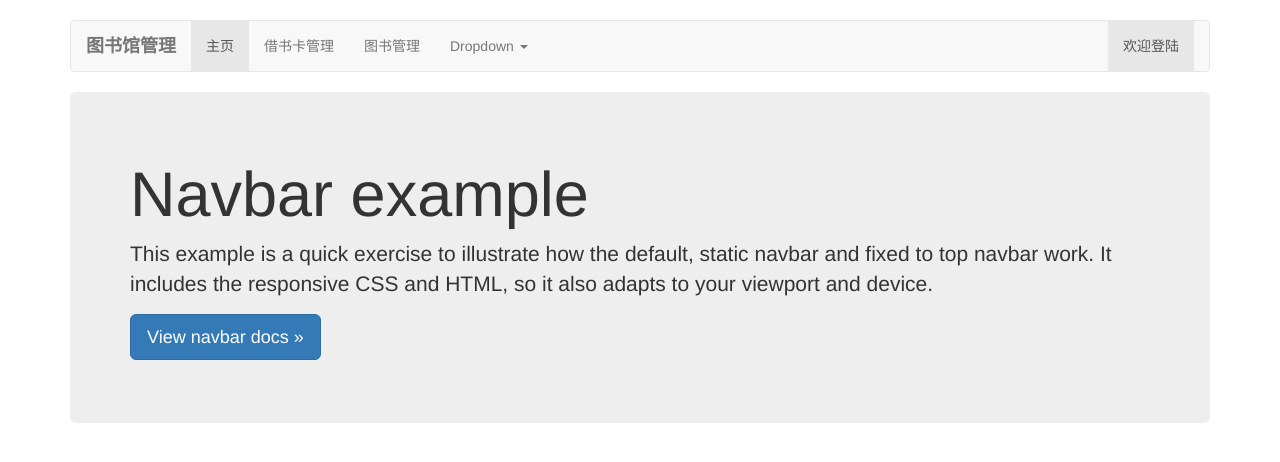
Repository: chaice/code
Page: http://localhost/web6/home
The author's editor kept a copy of each file at every save. The page is drawn from the files as they stood at one save, then again after the next save.
The browser window is 1280 px wide. The pictures show the whole page.
Some web libraries are served in a nearby version. The page is served by Tomcat 9. The session is filled in as if someone had signed in: {"username": "testuser"}. Other server files are loaded and not shown.

Above is the page before, as saved 2016-06-01 10:02:25.

### web6/WebContent/WEB-INF/views/home.jsp
<%@ page language="java" contentType="text/html; charset=UTF-8"
	pageEncoding="UTF-8"%>
<!DOCTYPE html>
<html>
<head>
<meta charset="UTF-8">
<title>主页</title>
<%@ include file="head.jsp"%>
<div class="jumbotron">
        <h1>Navbar example</h1>
        <p>This example is a quick exercise to illustrate how the default, static navbar and fixed to top navbar work. It includes the responsive CSS and HTML, so it also adapts to your viewport and device.</p>
        <p>
          <a class="btn btn-lg btn-primary" href="../../components/#navbar" role="button">View navbar docs &raquo;</a>
        </p>
      </div>
</div>
<script src="//cdn.bootcss.com/jquery/1.11.3/jquery.min.js"></script>
<script src="//cdn.bootcss.com/bootstrap/3.3.5/js/bootstrap.min.js"></script>
<script>
$(".nav>li:nth-child(1)").addClass("active");
</script>
</body>
</html>

### web6/WebContent/WEB-INF/views/head.jsp
<%@ page language="java" contentType="text/html; charset=UTF-8"
	pageEncoding="UTF-8"%>
<link href="//cdn.bootcss.com/bootstrap/3.3.5/css/bootstrap.min.css"
	rel="stylesheet">
<style>
body {
	padding-top: 20px;
	padding-bottom: 20px;
}

.navbar {
	margin-bottom: 20px;
}
</style>
</head>
<body>
	<%
		String name = (String) session.getAttribute("username");
		if (name == null) {
			response.sendRedirect("/login");
		}
	%>
	<div class="container">
		<nav class="navbar navbar-default">
			<div class="container-fluid">
				<div class="navbar-header">
					<a class="navbar-brand"><strong>图书馆管理</strong></a>
				</div>
				<div id="navbar" class="navbar-collapse collapse">
					<ul class="nav navbar-nav">
						<li><a href="/home">主页</a></li>
						<li><a href="/card_list">借书卡管理</a></li>
						<li><a href="/book_list">图书管理</a></li>
						<li class="dropdown"><a href="#" class="dropdown-toggle"
							data-toggle="dropdown" role="button" aria-haspopup="true"
							aria-expanded="false">Dropdown <span class="caret"></span></a>
							<ul class="dropdown-menu">
								<li><a href="#">Action</a></li>
								<li><a href="#">Another action</a></li>
								<li><a href="#">Something else here</a></li>
								<li role="separator" class="divider"></li>
								<li class="dropdown-header">Nav header</li>
								<li><a href="#">Separated link</a></li>
								<li><a href="#">One more separated link</a></li>
							</ul></li>
					</ul>
					<ol class="nav navbar-nav navbar-right">
						<li><a>欢迎登陆</a></li>
					</ol>
				</div>
			</div>
		</nav>

### web6/src/com/ccit/mservlet/Home.java
package com.ccit.mservlet;

import java.io.IOException;
import javax.servlet.ServletException;
import javax.servlet.http.HttpServlet;
import javax.servlet.http.HttpServletRequest;
import javax.servlet.http.HttpServletResponse;

public class Home extends HttpServlet {
	private static final long serialVersionUID = 1L;
    public Home() {
        super();
    }
	protected void doGet(HttpServletRequest request, HttpServletResponse response) throws ServletException, IOException {
		request.getRequestDispatcher("/WEB-INF/views/home.jsp").forward(request, response);
	}
}

After the next save:
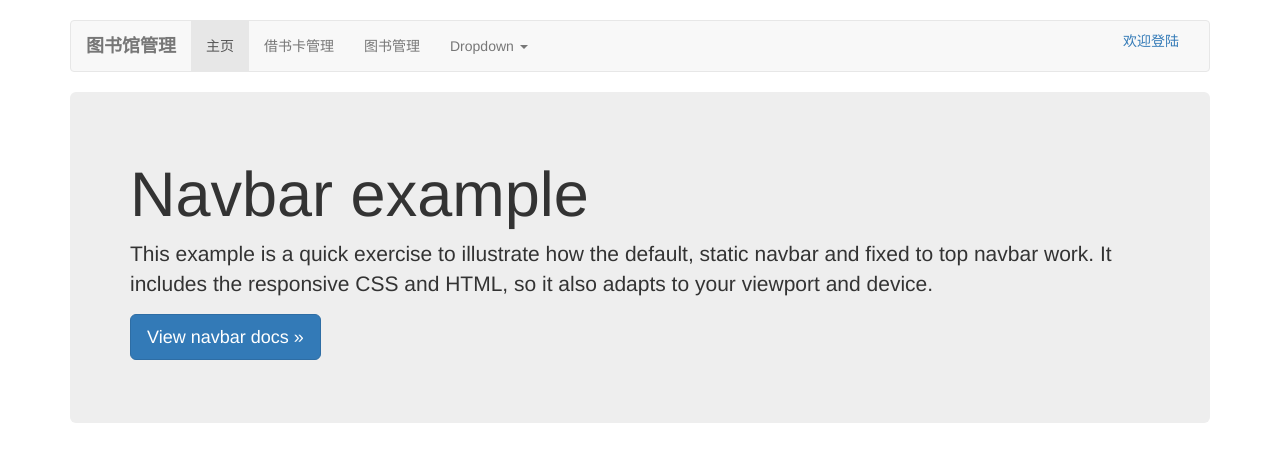
Saved 77 s later.
--- a/web6/WebContent/WEB-INF/views/head.jsp
+++ b/web6/WebContent/WEB-INF/views/head.jsp
@@ -44,7 +44,7 @@
 								<li><a href="#">One more separated link</a></li>
 							</ul></li>
 					</ul>
-					<ol class="nav navbar-nav navbar-right">
+					<ol class="nav navbar-right">
 						<li><a>欢迎登陆</a></li>
 					</ol>
 				</div>

After the save that followed:
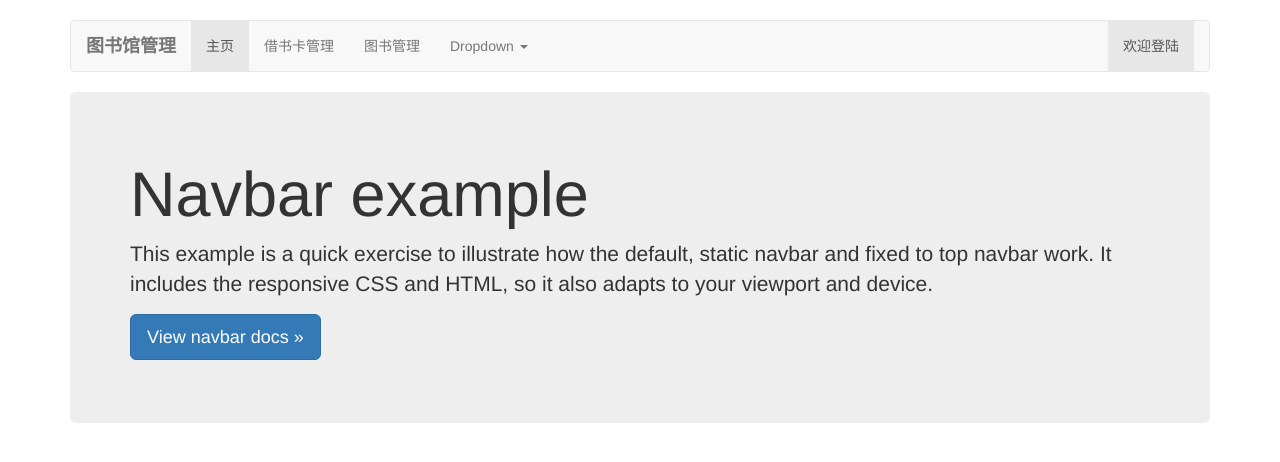
Saved 17 s later.
--- a/web6/WebContent/WEB-INF/views/head.jsp
+++ b/web6/WebContent/WEB-INF/views/head.jsp
@@ -44,7 +44,7 @@
 								<li><a href="#">One more separated link</a></li>
 							</ul></li>
 					</ul>
-					<ol class="nav navbar-right">
+					<ol class="nav navbar-nav navbar-right">
 						<li><a>欢迎登陆</a></li>
 					</ol>
 				</div>
